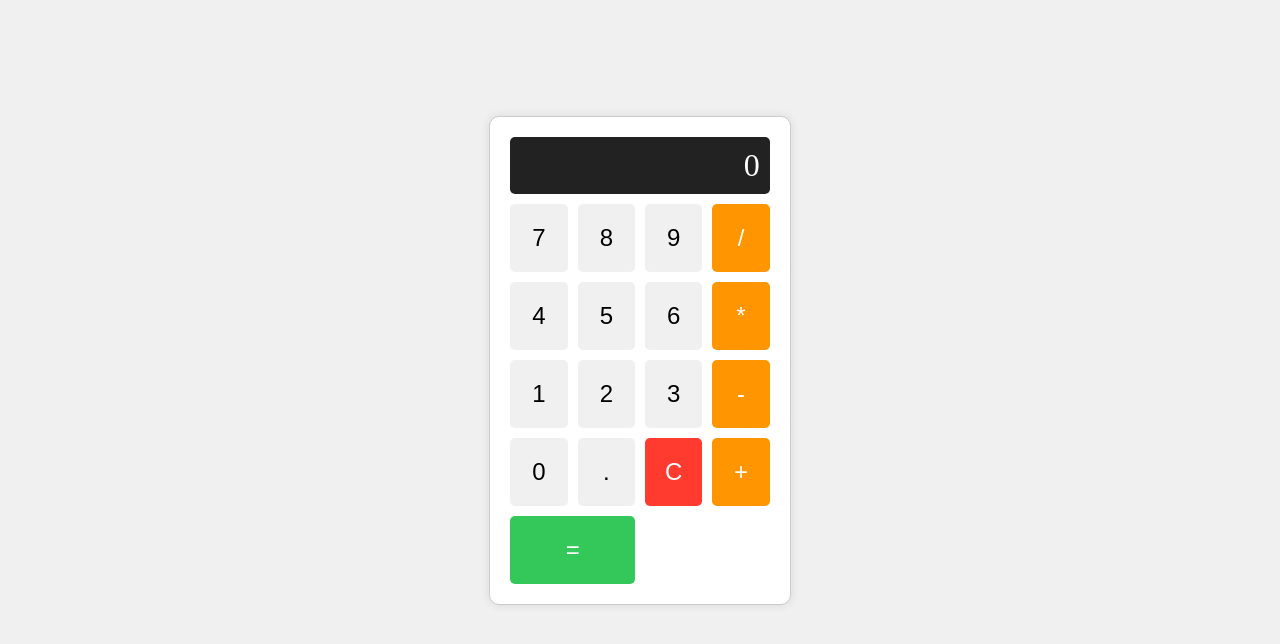
Repository: alizey12/calculator
Page: index.html
The author's editor kept a copy of each file at every save. The page is drawn from the files as they stood at one save, then again after a run of saves.
The browser window is 1280 px wide. The pictures show the whole page.

Above is the page before, as saved 2024-11-23 18:31:03.

### index.html
<!DOCTYPE html>
<html lang="en">
<head>
    <meta charset="UTF-8">
    <meta name="viewport" content="width=device-width, initial-scale=1.0">
    <title>Document</title>
    <link rel="stylesheet" href="styles.css">
</head>
<body>


        <div class="calculator">
            <div class="display" id="display">0</div>
            <div class="buttons">
                <button class="btn">7</button>
                <button class="btn">8</button>
                <button class="btn">9</button>
                <button class="btn operator">/</button>
                <button class="btn">4</button>
                <button class="btn">5</button>
                <button class="btn">6</button>
                <button class="btn operator">*</button>
                <button class="btn">1</button>
                <button class="btn">2</button>
                <button class="btn">3</button>
                <button class="btn operator">-</button>
                <button class="btn">0</button>
                <button class="btn">.</button>
                <button class="btn" id="clear">C</button>
                <button class="btn operator">+</button>
                <button class="btn operator" id="equals">=</button>
            </div>
        </div>


    <script src="script.js"></script>
</body>
</html>

### styles.css
body {
    display: flex;
    justify-content: center;
    align-items: center;
    height: 100vh;
    background-color: #f0f0f0;
    margin: 0;
}

.calculator {
    border: 1px solid #ccc;
    border-radius: 10px;

    padding: 20px;
    background-color: #fff;
    box-shadow: 0 0 10px rgba(0, 0, 0, 0.1);
}

.display {
    font-size: 2em;
    margin-bottom: 10px;
    padding: 10px;

    background-color: #222;
    color: #fff;
    text-align: right;
    border-radius: 5px;
}
#display{
    height: 80%;
}
.buttons {
    display: grid;
    grid-template-columns: repeat(4, 1fr);
    gap: 10px;
}

.btn {
    padding: 20px;
    font-size: 1.5em;
    border: none;
    border-radius: 5px;
    background-color: #f0f0f0;
    cursor: pointer;
}

.btn.operator {
    background-color: #ff9500;
    color: #fff;
}

.btn#clear {
    background-color: #ff3b30;
    color: #fff;
}

.btn#equals {
    grid-column: span 2;
    background-color: #34c759;
    color: #fff;
}

Loaded but not shown: script.js (no copy from this time; the picture is the same without it)

After the next 3 saves:
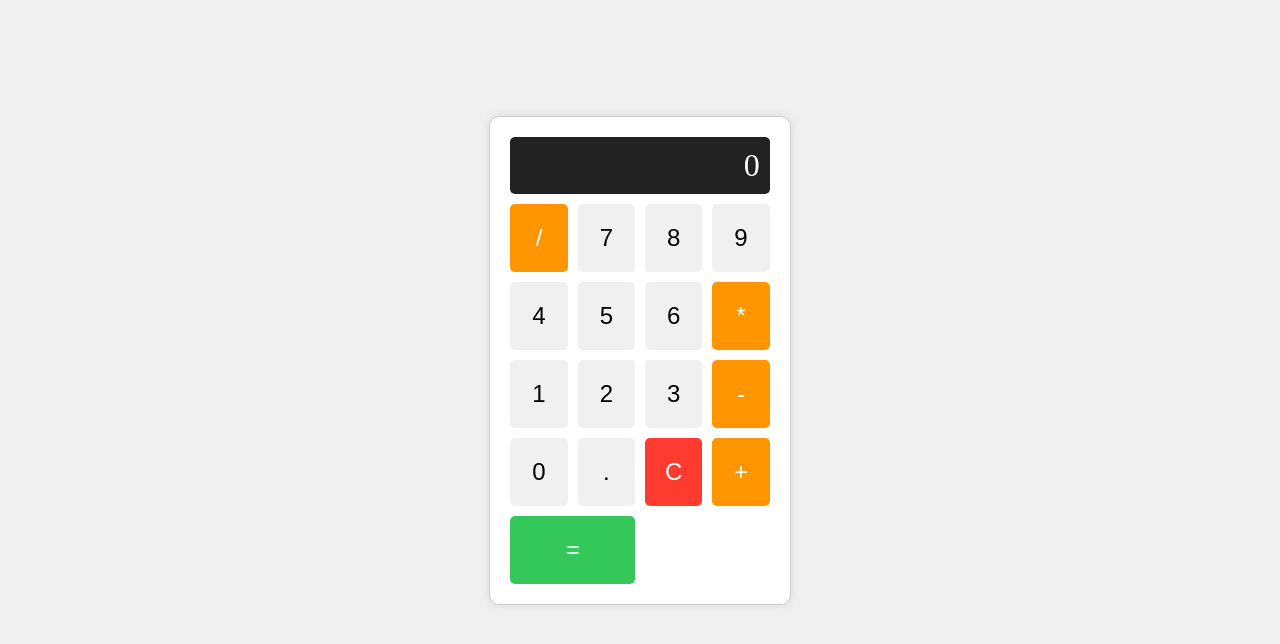
The 3 saves are shown as one change because they came seconds apart.
The last was saved 42 s later.
--- a/index.html
+++ b/index.html
@@ -12,10 +12,11 @@
         <div class="calculator">
             <div class="display" id="display">0</div>
             <div class="buttons">
+                <button class="btn operator">/</button>
                 <button class="btn">7</button>
                 <button class="btn">8</button>
                 <button class="btn">9</button>
-                <button class="btn operator">/</button>
+
                 <button class="btn">4</button>
                 <button class="btn">5</button>
                 <button class="btn">6</button>
